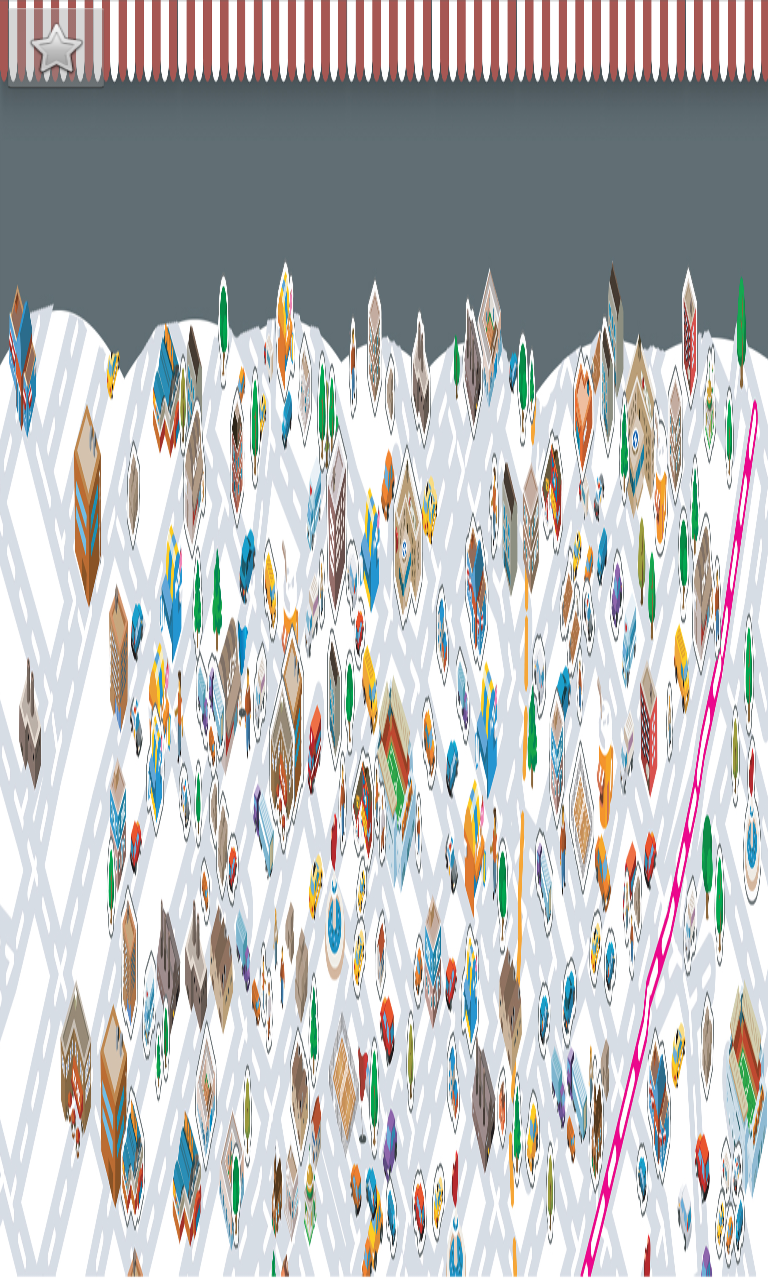
Repository: ahmeda8/playable
Layout: Playable/res/layout/activity_main.xml
An editor plug-in stored every save of this project. The layout is shown before and after the next save, followed by the edit.
It is drawn on a 768 x 1280 px phone screen (xhdpi) without system bars, with theme AppTheme; the app's code is not run.

Above is the layout before, as saved 2013-07-20 20:53:05.

After the next save:
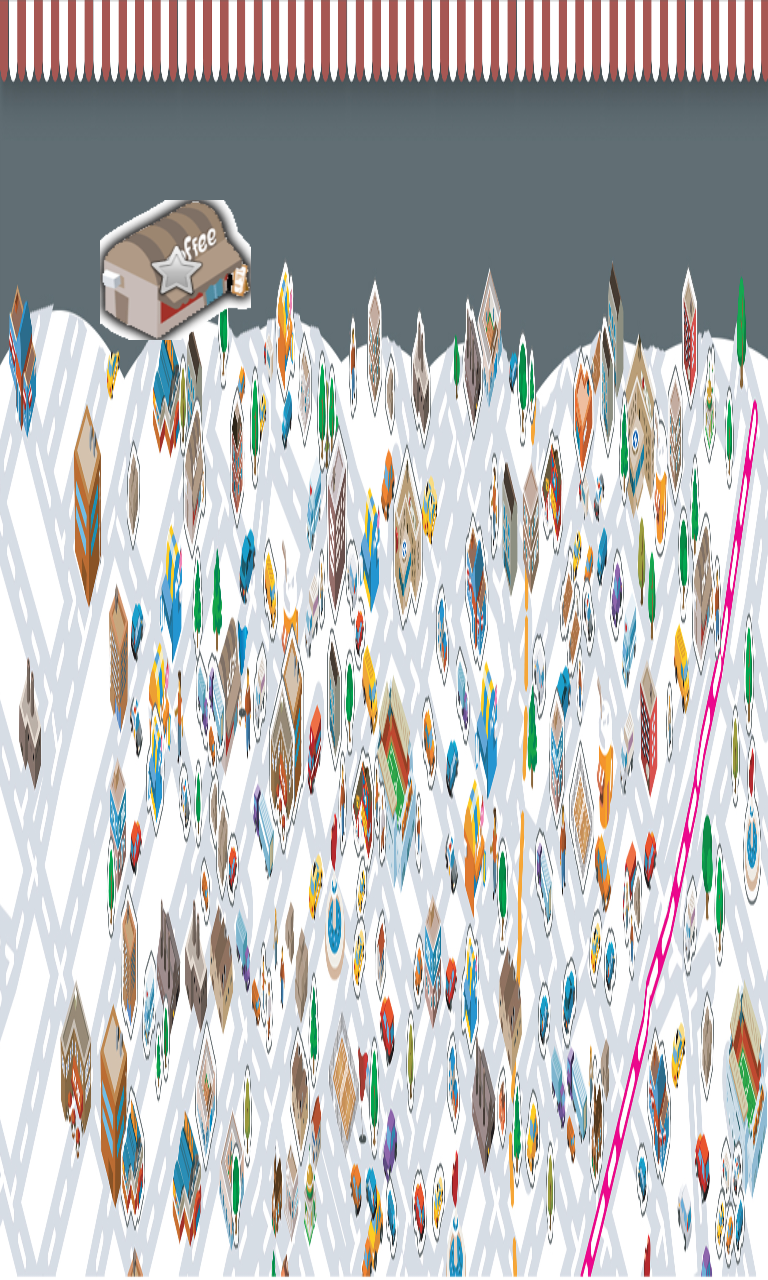
Saved 74 s later.
--- a/Playable/res/layout/activity_main.xml
+++ b/Playable/res/layout/activity_main.xml
@@ -7,7 +7,7 @@
 
         <HorizontalScrollView
             android:id="@+id/horizontalScrollView1"
-            android:layout_width="wrap_content"
+            android:layout_width="3250dp"
             android:layout_height="match_parent"
             android:layout_margin="0dp"
             android:background="@drawable/map"
@@ -25,7 +25,11 @@
                     android:id="@+id/imageButton1"
                     android:layout_width="wrap_content"
                     android:layout_height="wrap_content"
+                    android:layout_marginLeft="50dp"
+                    android:layout_marginTop="100dp"
+                    android:background="@drawable/location"
                     android:src="@android:drawable/btn_star" />
+
             </LinearLayout>
         </HorizontalScrollView>
 </RelativeLayout>
